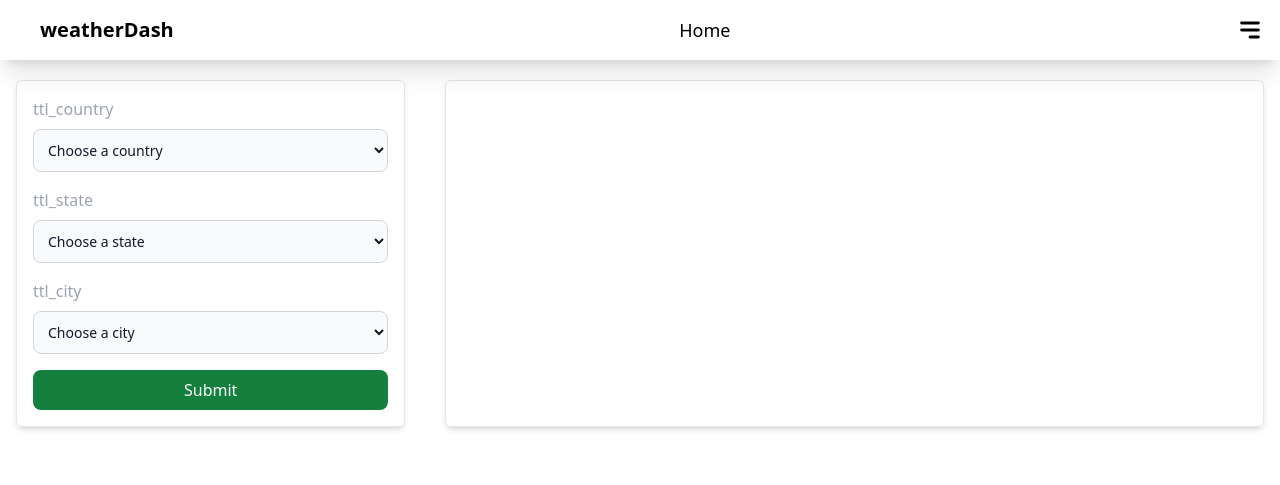
Repository: Wafaabahgat/WeatherDash
Page: /
The author's editor kept a copy of each file at every save. The page is drawn from the files as they stood at one save, then again after the next save.
The browser window is 1280 px wide. The pictures show the whole page.
The page's requests for data from a server got no answer. The project was rebuilt for these pictures with package versions that can differ from the ones it lists, and the page was loaded fresh each time. No one was signed in, and anything a server would have sent is missing. Also part of the build but not shown: vite.config.ts, src/components/ui/UserCard.tsx, src/components/ui/Text.tsx, src/components/ui/AQIIndicator.tsx, src/components/models/form-model-auth.tsx, src/components/ui/Loader.tsx, src/components/form/FormInput.tsx, src/components/ui/Button.tsx and 5 more.

Above is the page before, as saved 2024-04-15 06:58:01.

### src/main.tsx
import ReactDOM from "react-dom/client";
import router from "./App.jsx";
import "./App.css";
import { Provider } from "react-redux";
import { store } from "./store/store";
import { RouterProvider } from "react-router-dom";

ReactDOM.createRoot(document.getElementById("root")).render(
  <Provider store={store}>
    <RouterProvider router={router} />
  </Provider>
);

### src/App.tsx
import { createBrowserRouter } from "react-router-dom";
import "./App.css";
import Root from "./pages/Root";
import Home from "./pages/Home";
import Login from "./pages/auth/Login";
import Register from "./pages/auth/Register";

const router = createBrowserRouter([
  {
    path: "/",
    element: <Root />,
    children: [
      ////////////////// Auth //////////////////
      {
        path: "/",
        element: <Home />,
      },
      {
        path: "/login",
        element: <Login />,
      },
      {
        path: "/register",
        element: <Register />,
      },
    ],
  },
]);
export default router;

### src/App.css
@tailwind base;
@tailwind components;
@tailwind utilities;

#root {
  max-width: 1470px;
  margin: 0 auto;
  padding: 1rem;
  text-align: center;
}

### src/store/store.ts
import { configureStore } from "@reduxjs/toolkit";
import country from "../slice/Home/home";
import state from "../slice/Home/state";
import city from "../slice/Home/city";
import weather from "../slice/Home/weather";

export const store = configureStore({
  reducer: {
    // Globals
    country: country,
    state: state,
    city: city,
    weather: weather,
  },
});

export type RootState = ReturnType<typeof store.getState>;
export type AppDispatch = typeof store.dispatch;

### src/pages/Root.jsx
import { useEffect } from "react";
import { useTranslation } from "react-i18next";
import { Outlet } from "react-router-dom";
import Header from "../components/header/Header";

const Root = () => {
  const { i18n } = useTranslation();

  useEffect(() => {
    // Determine the direction based on the language code
    const dir = i18n.language === "ar" ? "rtl" : "ltr";
    document.documentElement.dir = dir;
  }, [i18n.language]);

  return (
    <div className="w-full h-full flex flex-col">
      {/* {isDash == "dashboard" ? null : <Navbar />} */}
      <Header />
      <Outlet />
    </div>
  );
};

export default Root;

### src/pages/Home.tsx
import React from "react";
import "leaflet/dist/leaflet.css";
import FormSelect from "../components/FormSelect";
import MapForm from "../components/Map-Form";

const Home = () => {
  return (
    <div className="mt-16">
      <div className="grid lg:grid-cols-3 md:grid-cols-2 grid-cols-1 lg:gap-x-10 mg:gap-x-5 gap-x-0 lg:gap-y-0 gap-y-6 w-full">
        <FormSelect className="col-span-1 border border-gray-200 p-4 shadow-md rounded-md" />
        <MapForm />
      </div>
    </div>
  );
};

export default Home;

### src/slice/Home/home.ts
import { createAsyncThunk, createReducer } from "@reduxjs/toolkit";
import { clearErrors, country } from "./HomeAction";
import { Type } from "../../lib/types";

const initialState = {
  status: null,
  errors: {},
  data: [],
  // loading: null,
};



// Create reducer logic using createReducer
const countryReducer = createReducer(initialState, (builder) => {
  builder
    .addCase(country.pending, (state) => {
      // state.loading = true;
      state.data = [];
      state.errors = {};
      state.status = null;
    })
    .addCase(country.fulfilled, (state, action) => {
      // state.loading = false;
      state.status = action.payload.status;
      state.data = action.payload.data;
      state.errors = {};
    })
    .addCase(country.rejected, (state, action) => {
      // state.loading = false;
      state.status = null;
      state.errors = action.payload?.errors || action.payload;
    })
    .addCase(clearErrors.fulfilled, (state) => {
      // state.loading = false;
      state.status = null;
      state.errors = {};
    });
});

export default countryReducer;

### src/slice/Home/state.ts
import { createAsyncThunk, createReducer } from "@reduxjs/toolkit";
import { clearErrors, state } from "./HomeAction";
import { Type } from "../../lib/types";

const initialState = {
  status: null,
  errors: {},
  data: [],
  // loading: null,
};

// Create reducer logic using createReducer
const statesReducer = createReducer(initialState, (builder) => {
  builder
    .addCase(state.pending, (state) => {
      // state.loading = true;
      state.data = [];
      state.errors = {};
      state.status = null;
    })
    .addCase(state.fulfilled, (state, action) => {
      // state.loading = false;
      state.status = action.payload.status;
      state.data = action.payload.data;
      state.errors = {};
    })
    .addCase(state.rejected, (state, action) => {
      // state.loading = false;
      state.status = null;
      state.errors = action.payload?.errors || action.payload;
    })
    .addCase(clearErrors.fulfilled, (state) => {
      // state.loading = false;
      state.status = null;
      state.errors = {};
    });
});

export default statesReducer;

### src/slice/Home/city.ts
import { createAsyncThunk, createReducer } from "@reduxjs/toolkit";
import { clearErrors, city } from "./HomeAction";
import { Type } from "../../lib/types";

const initialState = {
  status: null,
  errors: {},
  data: [],
  // loading: null,
};

// Create reducer logic using createReducer
const cityReducer = createReducer(initialState, (builder) => {
  builder
    .addCase(city.pending, (state) => {
      // state.loading = true;
      state.data = [];
      state.errors = {};
      state.status = null;
    })
    .addCase(city.fulfilled, (state, action) => {
      // state.loading = false;
      state.status = action.payload.status;
      state.data = action.payload.data;
      state.errors = {};
    })
    .addCase(city.rejected, (state, action) => {
      // state.loading = false;
      state.status = null;
      state.errors = action.payload?.errors || action.payload;
    })
    .addCase(clearErrors.fulfilled, (state) => {
      // state.loading = false;
      state.status = null;
      state.errors = {};
    });
});

export default cityReducer;

### src/slice/Home/weather.ts
import { createReducer } from "@reduxjs/toolkit";
import { clearErrors, weather } from "./HomeAction";

const initialState = {
  status: null,
  errors: {},
  data: [],
  // loading: null,
};

// Create reducer logic using createReducer
const weatherReducer = createReducer(initialState, (builder) => {
  builder
    .addCase(weather.pending, (state) => {
      // state.loading = true;
      state.data = [];
      state.errors = {};
      state.status = null;
    })
    .addCase(weather.fulfilled, (state, action) => {
      // state.loading = false;
      state.status = action.payload.status;
      state.data = action.payload.data;
      state.errors = {};
    })
    .addCase(weather.rejected, (state, action) => {
      // state.loading = false;
      state.status = null;
      state.errors = action.payload?.errors || action.payload;
    })
    .addCase(clearErrors.fulfilled, (state) => {
      // state.loading = false;
      state.status = null;
      state.errors = {};
    });
});

export default weatherReducer;

### src/components/header/Header.tsx
import { Link } from "react-router-dom";
import Menu from "../ui/Menu";
const Header = () => {
  return (
    <div className="w-full bg-dark_blue fixed left-0 top-0 z-10 shadow-xl">
      <div className="m-auto flex justify-between items-center p-4 max-h-[100px]">
        <Link to="/">
          <div className="text-color_white font-bold text-xl ml-6">
            weather<span className="text-color_danger">Dash</span>
          </div>
        </Link>
        <div>
          <ul className="text-color_white gap-3 flex text-lg">
            <li className="hover:text-color_danger active">
              <Link to="/">Home</Link>
            </li>
          </ul>
        </div>

        <Menu />
      </div>
    </div>
  );
};

export default Header;

### src/components/FormSelect.tsx
import React, { useEffect, useState } from "react";
import { FC } from "react";
import { useAppDispatch, useAppSelector } from "../store/hooks";
import { city, country, state, weather } from "../slice/Home/HomeAction";
import { cn } from "../lib/utils";
import { useTranslation } from "react-i18next";

interface FormProps {
  className: string;
}

const FormSelect: FC<FormProps> = ({ className }) => {
  const dispatch = useAppDispatch();
  const { t } = useTranslation();

  const [selectedCountry, setselectedCountry] = useState("");
  const [selectedstate, setselectedstate] = useState("");
  const [selectedcity, setselectedcity] = useState("");

  const { data } = useAppSelector((state) => state.country);
  const stateSelector = useAppSelector((state) => state.state);
  const citySelector = useAppSelector((state) => state.city);

  useEffect(() => {
    dispatch(country());
  }, []);

  useEffect(() => {
    if (selectedCountry) {
      dispatch(state(selectedCountry));
    }
  }, [selectedCountry]);

  useEffect(() => {
    if (selectedstate && selectedCountry) {
      dispatch(city({ state: selectedstate, country: selectedCountry }));
    }
  }, [selectedstate]);

  const onSubmit = (e: React.FormEvent<HTMLFormElement>): void => {
    e.preventDefault();
    if (selectedCountry && selectedstate && selectedcity) {
      dispatch(
        weather({
          state: selectedstate,
          country: selectedCountry,
          city: selectedcity,
        })
      );
    }
  };

  return (
    <div className={cn("", className)}>
      <form className="flex flex-col gap-2" onSubmit={onSubmit}>
        {/* country */}
        <div className="flex flex-col mb-2 gap-2">
          <label
            htmlFor="countries"
            className="text-start block text-md font-medium text-gray-400"
          >
            {t("ttl_country")}
          </label>
          <select
            id="countries"
            onChange={(e) => setselectedCountry(e?.target?.value)}
            value={selectedCountry}
            className="bg-gray-50 border border-gray-300 text-gray-900 text-sm rounded-lg focus:ring-blue-500 focus:border-blue-500 block w-full p-2.5 dark:bg-gray-700 dark:border-gray-600 dark:placeholder-gray-400 dark:text-white dark:focus:ring-blue-500 dark:focus:border-blue-500"
          >
            <option selected>Choose a country</option>
            {data?.map((e) => (
              <option value={e?.country}> {e.country}</option>
            ))}
          </select>
        </div>
        {/* state */}
        {stateSelector?.data ? (
          <div className="flex flex-col gap-2 mb-2">
            <label
              htmlFor="states"
              className="block text-start text-md font-medium text-gray-400"
            >
              {t("ttl_state")}
            </label>
            <select
              id="states"
              onChange={(e) => setselectedstate(e?.target?.value)}
              value={selectedstate}
              className="bg-gray-50 border border-gray-300 text-gray-900 text-sm rounded-lg focus:ring-blue-500 focus:border-blue-500 block w-full p-2.5 dark:bg-gray-700 dark:border-gray-600 dark:placeholder-gray-400 dark:text-white dark:focus:ring-blue-500 dark:focus:border-blue-500"
            >
              <option selected>Choose a state</option>
              {stateSelector?.data?.map((e) => (
                <option value={e?.state}> {e.state}</option>
              ))}
            </select>
          </div>
        ) : (
          ""
        )}
        {/* city */}
        {citySelector?.data ? (
          <div className="flex flex-col gap-2 mb-2">
            <label
              htmlFor="city"
              className="block text-start text-md font-medium  text-gray-400"
            >
              {t("ttl_city")}
            </label>
            <select
              id="city"
              onChange={(e) => setselectedcity(e?.target?.value)}
              value={selectedcity}
              className="bg-gray-50 border border-gray-300 text-gray-900 text-sm rounded-lg focus:ring-blue-500 focus:border-blue-500 block w-full p-2.5 dark:bg-gray-700 dark:border-gray-600 dark:placeholder-gray-400 dark:text-white dark:focus:ring-blue-500 dark:focus:border-blue-500"
            >
              <option selected>Choose a city</option>
              {citySelector?.data?.map((e) => (
                <option value={e?.city}> {e.city}</option>
              ))}
            </select>
          </div>
        ) : (
          ""
        )}

        <button
          type="submit"
          className="py-2 px-8 bg-green-700 text-slate-50 rounded-lg"
        >
          Submit
        </button>
      </form>
    </div>
  );
};

export default FormSelect;

### src/components/Map-Form.tsx
import React, { useEffect, useState } from "react";
import { FC } from "react";
import { MapContainer, Marker, Popup, TileLayer } from "react-leaflet";
import Text from "./ui/Text";
import { AQIIndicator } from "./ui/AQIIndicator";
import { useAppSelector } from "../store/hooks";

interface MapFormProps {}

const MapForm: FC<MapFormProps> = () => {
  const weatherSelector = useAppSelector((state) => state.weather);

  return (
    <div className="lg:col-span-2 col-span-1 border border-gray-200 p-4 shadow-md rounded-md ">
      {weatherSelector.data.current ? (
        <div>
          <div className="grid lg:grid-cols-3 grid-cols-2 p-2 gap-2">
            <Text
              text="Timestamp"
              children={weatherSelector.data.current.weather.ts}
              degree="°C"
            />
            <Text
              text="Temperature"
              children={weatherSelector.data.current.weather.tp}
              degree="°C"
              className="py-7"
            />
            <Text
              text="Pressure"
              children={weatherSelector.data.current.weather.pr}
              degree="hPa"
              className="py-7"
            />
            <Text
              text="Humidity"
              children={weatherSelector.data.current.weather.hu}
              degree="%"
              className="py-7"
            />
            <Text
              text="Wind Speed"
              children={weatherSelector.data.current.weather.ws}
              degree="m/s"
              className="py-7"
            />
            <Text
              text="Wind Direction"
              children={weatherSelector.data.current.weather.wd}
              degree="°"
              className="py-7"
            />
            <Text
              text="Weather Icon"
              children={weatherSelector.data.current.weather.ic}
              degree="°"
              className="py-7"
            />
          </div>
          <div className="my-4">
            <strong className="flex mb-1 text-lg ">AQI :</strong>
            <AQIIndicator aqi={weatherSelector.data.current.weather.aqi} />
          </div>
          <div className="">
            <MapContainer
              center={[
                weatherSelector.data.location.coordinates[1],
                weatherSelector.data.location.coordinates[0],
              ]}
              zoom={13}
              scrollWheelZoom={false}
              style={{ width: "100%", height: "50vh" }}
            >
              <TileLayer
                attribution='&copy; <a href="https://www.openstreetmap.org/copyright">OpenStreetMap</a> contributors'
                url="https://{s}.tile.openstreetmap.org/{z}/{x}/{y}.png"
              />
              <Marker
                position={[
                  weatherSelector.data.location.coordinates[1],
                  weatherSelector.data.location.coordinates[0],
                ]}
              >
                <Popup>{weatherSelector.data.city}</Popup>
              </Marker>
            </MapContainer>
          </div>
        </div>
      ) : (
        ""
      )}
    </div>
  );
};

export default MapForm;

### src/slice/Home/HomeAction.ts
import { createAsyncThunk } from "@reduxjs/toolkit";
import axios from "../axios";
import Cookies from "universal-cookie";

const cookies = new Cookies();
const token = cookies.get("token");
const TOKEN = `Bearer ${token}`;
const config = {
  headers: {
    Authorization: TOKEN,
  },
};

// *********** country *********** //
export const country = createAsyncThunk("country", async (args, thunkAPI) => {
  const { rejectWithValue } = thunkAPI;
  try {
    const { data } = await axios.get(
      "/countries?key=639cbad0-1f7d-4711-bb99-ad5b25657447",
      args
    );
    // console.log(data);

    return data;
  } catch (err) {
    if (err?.response?.data?.message === "Unauthenticated.") {
      return rejectWithValue(err?.response?.data?.message);
    }

    return rejectWithValue(err?.response?.data);
  }
});

// *********** state *********** //
export const state = createAsyncThunk(
  "state",
  async (args: string, thunkAPI) => {
    const { rejectWithValue } = thunkAPI;
    try {
      console.log(args);
      const { data } = await axios.get(
        `/states?country=${args}&key=639cbad0-1f7d-4711-bb99-ad5b25657447`
      );
      return data;
    } catch (err) {
      return rejectWithValue(err?.response?.data);
    }
  }
);

// *********** cities *********** //
export const city = createAsyncThunk(
  "city",
  async (args: { state: string; country: string }, thunkAPI) => {
    const { rejectWithValue } = thunkAPI;
    try {
      const { data } = await axios.get(
        `/cities?state=${args.state}&country=${args.country}&key=639cbad0-1f7d-4711-bb99-ad5b25657447`
      );
      return data;
    } catch (err) {
      return rejectWithValue(err?.response?.data);
    }
  }
);

// ***********  weather *********** //
export const weather = createAsyncThunk(
  "weather",
  async (args: { state: string; country: string; city: string }, thunkAPI) => {
    const { rejectWithValue } = thunkAPI;
    try {
      const { data } = await axios.get(
        `/city?city=${args?.city}&state=${args.state}&country=${args.country}&key=639cbad0-1f7d-4711-bb99-ad5b25657447`
      );
      return data;
    } catch (err) {
      return rejectWithValue(err?.response?.data);
    }
  }
);

export const clearErrors = createAsyncThunk("country/clear", async () => {
  return true;
});

### src/components/ui/Menu.tsx
import { HiMenuAlt3 } from "react-icons/hi";
import { useEffect, useRef, useState } from "react";
import UserCard from "./UserCard";

const Menu = () => {
  const [open, setOpen] = useState(false);
  const menuRef = useRef(null);

  const showMenu = () => {
    setOpen(!open);
  };
  const hideMenu = () => {
    setOpen(false);
  };

  const handleClick = (e) => {
    if (menuRef.current && !menuRef.current.contains(e.target)) {
      hideMenu();
    }
  };

  useEffect(() => {
    document.addEventListener("click", handleClick);
    return () => {
      document.removeEventListener("click", handleClick);
    };
  }, []);
  //   const handleLogout = () => {
  //     window.location.href = "/login";
  //   };

  return (
    <div ref={menuRef}>
      <HiMenuAlt3
        className="text-color_white"
        size={28}
        onClick={open ? hideMenu : showMenu}
      />
      {open ? <UserCard /> : null}
    </div>
  );
};

export default Menu;

### src/lib/utils.ts
import { clsx, type ClassValue } from "clsx";
import { twMerge } from "tailwind-merge";

export function cn(...inputs: ClassValue[]) {
  return twMerge(clsx(inputs));
}
export const uploadImg = (e) => {
  const reader = new FileReader();
  reader.onload = () => {};

  reader.readAsDataURL(e.target.files[0]);
  const img = e.target.files[0];
  console.log(e.target.files);

  return { img };
};

### src/slice/axios.ts
import axios from "axios";

const instance = axios.create({
  baseURL: "http://api.airvisual.com/v2",
});

export default instance;

Loaded but not shown: index.html (common file); src/store/hooks.ts (common file); tailwind.config.js (common file)

After the next save:
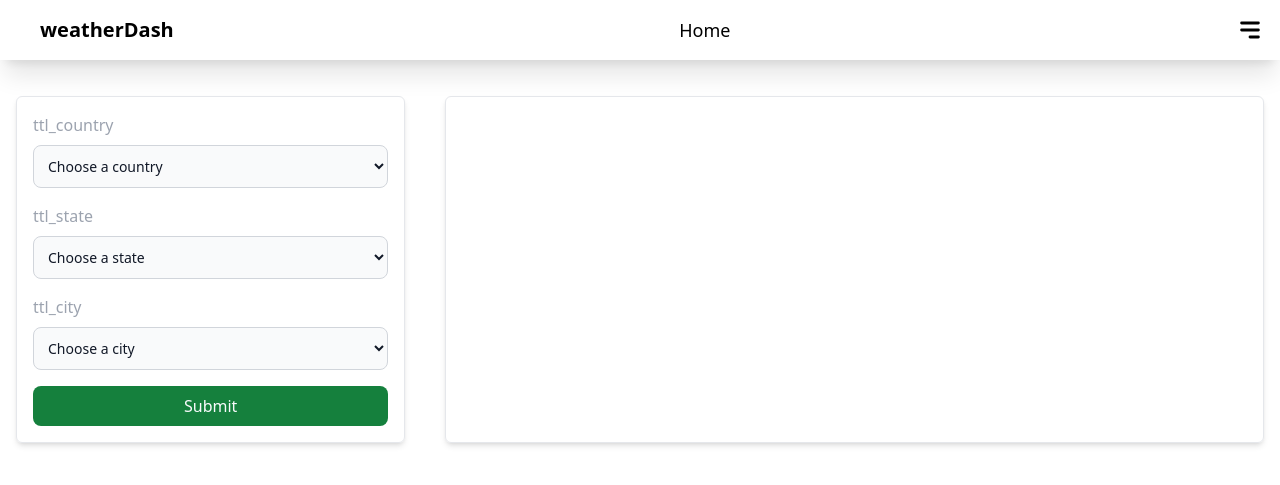
Saved 4 s later.
--- a/src/pages/Home.tsx
+++ b/src/pages/Home.tsx
@@ -5,7 +5,7 @@ import MapForm from "../components/Map-Form";
 
 const Home = () => {
   return (
-    <div className="mt-16">
+    <div className="mt-20">
       <div className="grid lg:grid-cols-3 md:grid-cols-2 grid-cols-1 lg:gap-x-10 mg:gap-x-5 gap-x-0 lg:gap-y-0 gap-y-6 w-full">
         <FormSelect className="col-span-1 border border-gray-200 p-4 shadow-md rounded-md" />
         <MapForm />
